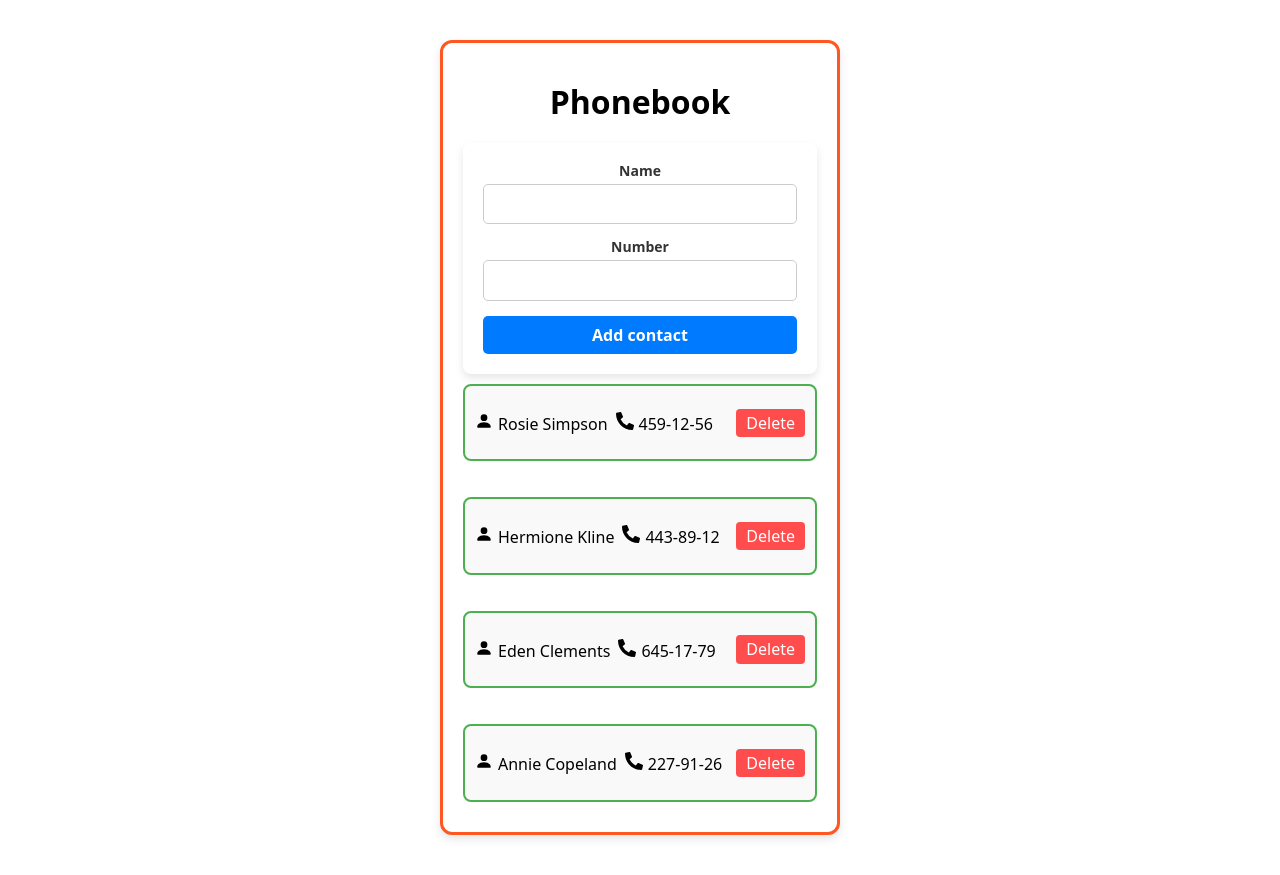
Repository: Evgeniya-Tishakova/goit-react-hw-03
Page: /
An editor plug-in stored every save of this project. The page is shown before and after the next save, followed by the edit.
The browser window is 1280 px wide. The pictures show the whole page.
The project was rebuilt for these pictures with package versions that can differ from the ones it lists, and the page was loaded fresh each time. Also part of the build but not shown: vite.config.js, src/index.css.

Above is the page before, as saved 2025-03-09 15:28:19.

### src/main.jsx
import { StrictMode } from "react";
import { createRoot } from "react-dom/client";
import "./index.css";
import App from "./components/App/App";
import "modern-normalize";

createRoot(document.getElementById("root")).render(
  <StrictMode>
    <App />
  </StrictMode>
);

### src/components/App/App.jsx
import { useState } from "react";
import { nanoid } from "nanoid";

import css from "./App.module.css";
import ContactForm from "../ContactForm/ContactForm";
import ContactList from "../ContactList/ContactList";

export default function App() {
  const [users, setUsers] = useState([
    { id: "id-1", name: "Rosie Simpson", number: "459-12-56" },
    { id: "id-2", name: "Hermione Kline", number: "443-89-12" },
    { id: "id-3", name: "Eden Clements", number: "645-17-79" },
    { id: "id-4", name: "Annie Copeland", number: "227-91-26" },
  ]);
  const [filterContacts, setFilterContacts] = useState("");

  const addUser = (newUser) => {
    setUsers((prevUsers) => {
      return [...prevUsers, newUser];
    });
  };

  const deleteUser = (userId) => {
    console.log(userId);
  };

  const searchUsers = users.filter((user) => user.name.toLowerCase());

  return (
    <>
      <div className={css.container}>
        <h1 className={css.title}>Phonebook</h1>
        <ContactForm onAdd={addUser} />
        <ContactList users={users} onDelete={deleteUser} />
      </div>
    </>
  );
}

### src/components/App/App.module.css
.container {
  max-width: 400px;
  margin: 40px auto;
  padding: 20px;
  border: 3px solid #ff5722;
  border-radius: 12px;
  background-color: #fff;
  box-shadow: 0px 4px 10px rgba(0, 0, 0, 0.1);
  text-align: center;
}

### src/components/ContactForm/ContactForm.jsx
import { Formik, Form, Field, ErrorMessage } from "formik";
import css from "./ContactForm.module.css";
import * as Yup from "yup";
import { nanoid } from "nanoid";

const UserSchema = Yup.object().shape({
  name: Yup.string()
    .min(3, "Too Short!")
    .max(50, "Too Long!")
    .required("Required"),
  number: Yup.number()
    .min(3, "Too short")
    .max(50, "Too long")
    .required("Required"),
});

export default function ContactForm({ onAdd }) {
  const initialValues = {
    name: "",
    number: "",
  };

  const handleSubmit = (values, actions) => {
    console.log("handleSubmit", values);

    onAdd(values, (id = nanoid));
    actions.resetForm();
  };

  // const handleSubmit =(event) => {
  // event.preventDefault();
  //   onAdd({
  //     name: event.target.elements.name.value;
  //     number: event.target.elements.number.value;
  //   })
  // }

  return (
    <Formik
      initialValues={initialValues}
      onSubmit={handleSubmit}
      validation={UserSchema}
    >
      {(props) => (
        <Form className={css.form} onSubmit={props.handleSubmit}>
          <div className={css.container}>
            <label className={css.label}>Name</label>
            <Field className={css.input} type="text" name="name" />
            <ErrorMessage className={css.error} name="name" component="span" />
          </div>
          <div className={css.container}>
            <label className={css.label}>Number</label>
            <Field className={css.input} type="text" name="number" />
            <ErrorMessage
              className={css.error}
              name="number"
              component="span"
            />
          </div>

          <button className={css.button} type="submit">
            Add contact
          </button>
        </Form>
      )}
    </Formik>
  );
}

### src/components/ContactList/ContactList.jsx
import css from "./ContactList.module.css";
import Contact from "../Contact/Contact";

export default function ContactList({ users, onDelete }) {
  return (
    <ul className={css.list}>
      {users.map((user) => (
        <li className={css.item}>
          <Contact
            key={user.id}
            name={user.name}
            number={user.number}
            onDelete={onDelete}
          />
        </li>
      ))}
    </ul>
  );
}

### src/components/ContactForm/ContactForm.module.css
.form {
    display: flex;
    flex-direction: column;
    align-items: center;
    gap: 15px;
    background-color: #fff;
    padding: 20px;
    border-radius: 8px;
    box-shadow: 0 4px 8px rgba(0, 0, 0, 0.1);
    max-width: 400px;
    margin: 0 auto;
}

.container {
    display: flex;
    flex-direction: column;
    width: 100%;
}


.label {
    font-size: 14px;
    font-weight: 600;
    color: #333;
    margin-bottom: 5px;
}

.input {
    width: 100%;
    padding: 10px;
    border: 1px solid #ccc;
    border-radius: 5px;
    font-size: 16px;
    transition: border 0.3s ease;
}

.input:focus {
    border-color: #007bff;
    outline: none;
}

.button {
    width: 100%;
    padding: 10px;
    background-color: #007bff;
    color: white;
    font-size: 16px;
    font-weight: bold;
    border: none;
    border-radius: 5px;
    cursor: pointer;
    transition: background 0.3s ease;
}

.button:hover {
    background-color: #0056b3;
}

.button:active {
    background-color: #004494;
}


.error {
    font-size: 14px;
    color: orangered;
}

### src/components/ContactList/ContactList.module.css
.list {
    margin: 0;
    padding: 0;
    display: flex;
    flex-direction: column;
    gap: 16px;
}

.item {
    border: 2px solid #4caf50;
    border-radius: 8px;
    padding: 10px;
    margin: 10px 0;
    display: flex;
    justify-content: space-between;
    align-items: center;
    background-color: #f9f9f9;
}

.item:hover {
    background-color: #e8f5e9;
}

### src/components/Contact/Contact.jsx
import css from "./Contact.module.css";
import { BsPersonFill } from "react-icons/bs";
import { FaPhoneAlt } from "react-icons/fa";

export default function Contact({ id, name, number, onDelete }) {
  return (
    <>
      <div className={css.container}>
        <p className={css.text}>
          <BsPersonFill className={css.icon} />
          {name}
        </p>
        <p className={css.text}>
          <FaPhoneAlt className={css.icon} />
          {number}
        </p>
      </div>
      <button className={css.button} onClick={() => onDelete}>
        Delete
      </button>
    </>
  );
}

### src/components/Contact/Contact.module.css
.container {
    display: flex;
    align-items: center;
    /* Выровнять иконку по центру */
    gap: 8px;
}


text {
    margin: 5px 0;
    display: flex;
    align-items: center;

    gap: 8px;
}


.button {
    padding: 5px 10px;
    background-color: #ff4d4d;
    border: none;
    color: white;
    border-radius: 4px;
    cursor: pointer;
    transition: background 0.3s;
}


.button:hover {
    background-color: #cc0000;
}

.icon {
    margin-right: 5px;



    width: 18px;
    height: 18px;
}

Loaded but not shown: index.html (common file)

After the next save:
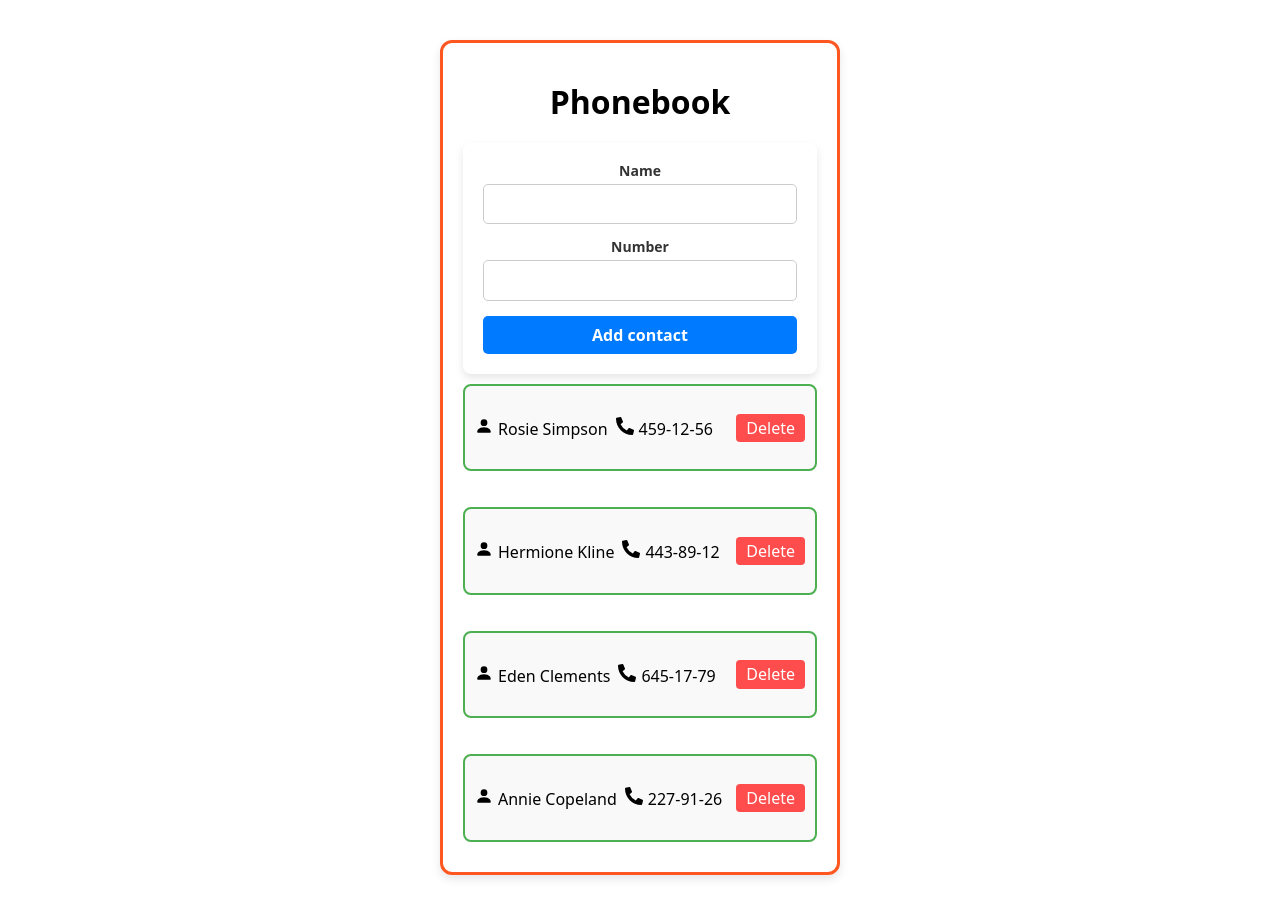
Saved 32 s later.
--- a/src/components/Contact/Contact.module.css
+++ b/src/components/Contact/Contact.module.css
@@ -1,13 +1,13 @@
 .container {
     display: flex;
     align-items: center;
-    /* Выровнять иконку по центру */
+    margin: 5px 0;
     gap: 8px;
 }
 
 
-text {
-    margin: 5px 0;
+    {
+
     display: flex;
     align-items: center;
 
